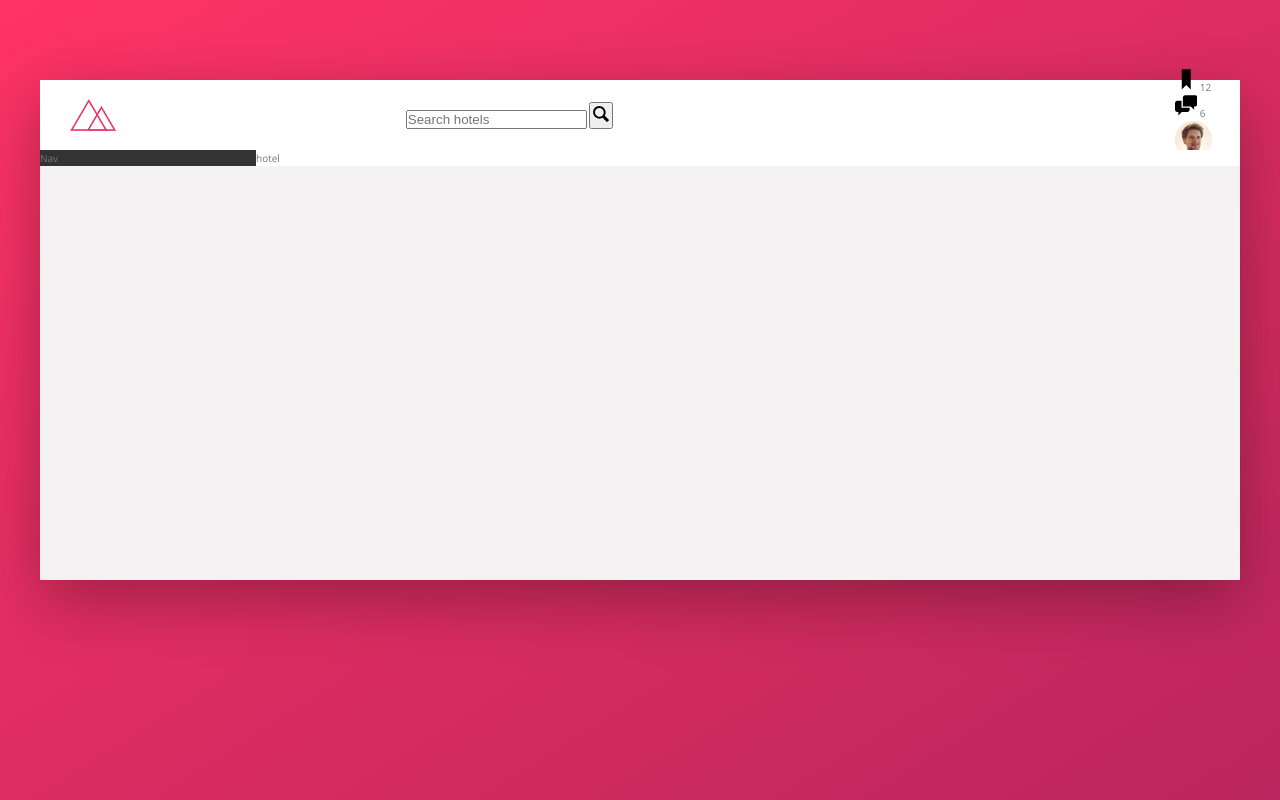
Repository: mohamediyas/flex_website
Page: index.html
The author's editor kept a copy of each file at every save. The page is drawn from the files as they stood at one save, then again after the next save.
The browser window is 1280 px wide. The pictures show the whole page.
The style sheet was rebuilt from its Sass, Less or Tailwind sources for each picture, by a compiler version that may differ from the author's.

Above is the page before, as saved 2022-07-31 19:02:03.

### index.html
<!DOCTYPE html>
<html lang="en">
  <head>
    <meta charset="UTF-8" />
    <meta name="viewport" content="width=device-width, initial-scale=1.0" />
    <meta http-equiv="X-UA-Compatible" content="ie=edge" />

    <link
      href="https://fonts.googleapis.com/css?family=Open+Sans:300,400,600"
      rel="stylesheet"
    />
    <link rel="stylesheet" href="css/style.css" />
    <link rel="shortcut icon" type="image/png" href="img/favicon.png" />

    <title>nexter &mdash; your home, your freedom</title>
  </head>
  <body>
    <div class="container">
      <header class="header">
        <img src="img/logo.png" alt="trilio logo" class="logo" />
        <form action="#" class="search">
          <input
            type="text"
            class="search__input"
            placeholder="Search hotels"
          />
          <button class="search__button">
            <svg class="search__icon">
              <use xlink:href="img/sprite.svg#icon-magnifying-glass"></use>
            </svg>
          </button>
        </form>

        <nav class="user-nav">
          <div class="user-nav__icon-box">
            <svg class="user-nav__icon">
              <use xlink:href="img/sprite.svg#icon-bookmark"></use>
            </svg>
            <span class="user-nav__notification">12</span>
          </div>
          <div class="user-nav__icon-box">
            <svg class="user-nav__icon">
              <use xlink:href="img/sprite.svg#icon-chat"></use>
            </svg>
            <span class="user-nav__notification">6</span>
          </div>
          <div class="user-nav__user">
            <img
              src="img/user.jpg"
              alt="user image"
              class="user-nav__user-photo"
            />
            <span class="user-nav__user-name">Jonas</span>
          </div>
        </nav>
      </header>
      <div class="content">
        <nav class="sidebar">Nav</nav>
        <main class="hotel">hotel</main>
      </div>
    </div>
  </body>
</html>

### sass/_base.scss
// COLOR VARIABLES

:root {
  --color-primary: #eb2f64;
  --color-primary-light: #ff3366;
  --color-primary-dark: #ba265d;

  --color-grey-light-1: #faf9f9;
  --color-grey-light-2: #f4f2f2;
  --color-grey-light-3: #f0eeee;
  --color-grey-light-4: #ccc;

  --color-grey-dark-1: #333;
  --color-grey-dark-2: #777;
  --color-grey-dark-3: #999;

  --shadow-dark: 0 2rem 6rem rgba(0, 0, 0, 0.3);
  --shadow-light: 0 2rem 5rem rgba(0, 0, 0, 0.06);

  --line: 1px solid var(--color-grey-light-2);
}

* {
  margin: 0;
  padding: 0;
}

*,
*::after,
*::before {
  box-sizing: inherit;
}

html {
  box-sizing: border-box;
  font-size: 62.5%;
}

body {
  background-image: linear-gradient(
    to right bottom,
    var(--color-primary-light),
    var(--color-primary-dark)
  );
  font-family: "Open Sans", sans-serif;
  font-weight: 400;
  line-height: 1.6;
  background-size: cover;
  background-repeat: no-repeat;
  min-height: 100vh;
  color: var(--color-grey-dark-2);
}

### sass/_components.scss
.logo {
  height: 3.25rem;
  margin-left: 3rem;
}

.search {
  flex: 0 0 40%;

  &__input {
  }

  &__button {
  }

  &__icon {
    height: 2rem;
    width: 2rem;
  }
}

.user-nav {
  &__icon-box {
  }

  &__icon {
    height: 2.25rem;
    width: 2.25rem;
  }

  &__notification {
  }

  &__user {
  }

  &__user-photo {
    height: 3.75rem;
    border-radius: 50%;
  }

  &__user-name {
  }
}

### sass/_layout.scss
.container {
  max-width: 120rem;
  margin: 8rem auto;
  background-color: var(--color-grey-light-2);
  box-shadow: var(--shadow-dark);
  min-height: 50rem;
}

.header {
  height: 7rem;
  background-color: #fff;
  border-bottom: var(--color-grey-light-2);
  display: flex;
  justify-content: space-between;
  align-items: center;
}

.content {
  display: flex;
}

.sidebar {
  background-color: var(--color-grey-dark-1);
  flex: 0 0 18%;
}

.hotel {
  background-color: #fff;
  flex: 1;
}

Loaded but not shown: sass/main.scss (common file)

After the next save:
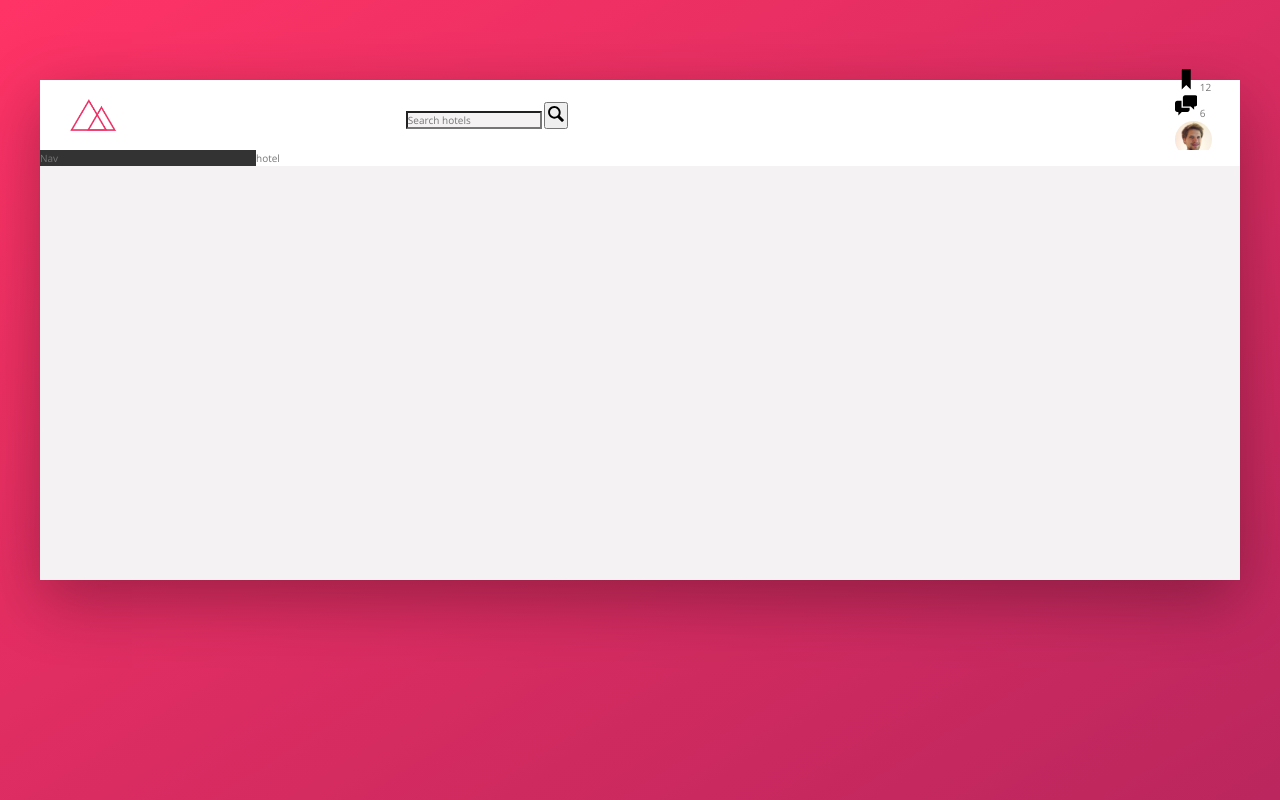
Saved 41 s later.
--- a/sass/_components.scss
+++ b/sass/_components.scss
@@ -7,6 +7,9 @@
   flex: 0 0 40%;
 
   &__input {
+    font-family: inherit;
+    font-size: inherit;
+    background-color: var(--color-grey-light-2);
   }
 
   &__button {
